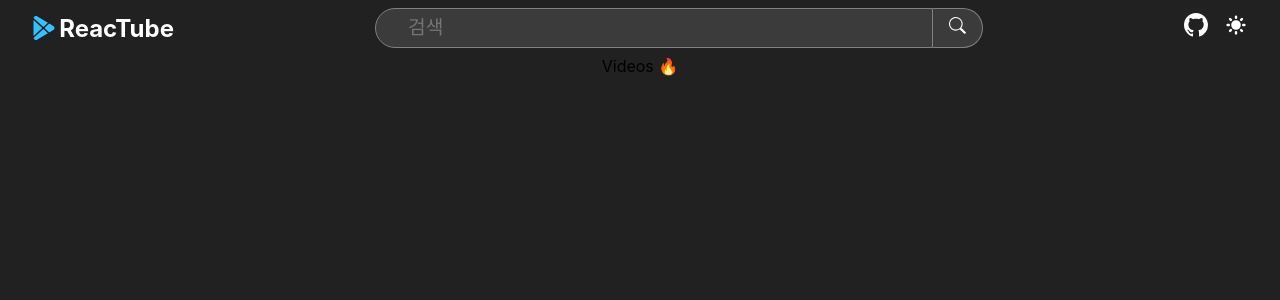
Repository: MrJinkyu/youtube
Page: /
An editor plug-in stored every save of this project. The page is shown before and after the next save, followed by the edit.
The browser window is 1280 px wide. The pictures show the whole page.
The project was rebuilt for these pictures with package versions that can differ from the ones it lists, and the page was loaded fresh each time. Also part of the build but not shown: src/pages/NotFound.jsx, src/pages/VideoDetail.jsx.

Above is the page before, as saved 2023-05-09 18:00:14.

### public/index.html
<!DOCTYPE html>
<html lang="en">
  <head>
    <meta charset="utf-8" />
    <link rel="icon" href="%PUBLIC_URL%/favicon.ico" />
    <meta name="viewport" content="width=device-width, initial-scale=1" />
    <meta name="theme-color" content="#000000" />
    <meta
      name="description"
      content="Web site created using create-react-app"
    />
    <link rel="apple-touch-icon" href="%PUBLIC_URL%/logo192.png" />
    <!--
      manifest.json provides metadata used when your web app is installed on a
      user's mobile device or desktop. See https://developers.google.com/web/fundamentals/web-app-manifest/
    -->
    <link rel="manifest" href="%PUBLIC_URL%/manifest.json" />
    <!--
      Notice the use of %PUBLIC_URL% in the tags above.
      It will be replaced with the URL of the `public` folder during the build.
      Only files inside the `public` folder can be referenced from the HTML.

      Unlike "/favicon.ico" or "favicon.ico", "%PUBLIC_URL%/favicon.ico" will
      work correctly both with client-side routing and a non-root public URL.
      Learn how to configure a non-root public URL by running `npm run build`.
    -->
    <title>ReacTube</title>
  </head>
  <body>
    <noscript>You need to enable JavaScript to run this app.</noscript>
    <div id="root"></div>
    <!--
      This HTML file is a template.
      If you open it directly in the browser, you will see an empty page.

      You can add webfonts, meta tags, or analytics to this file.
      The build step will place the bundled scripts into the <body> tag.

      To begin the development, run `npm start` or `yarn start`.
      To create a production bundle, use `npm run build` or `yarn build`.
    -->
  </body>
</html>

### src/index.js
import React from 'react';
import ReactDOM from 'react-dom/client';
import './index.css';
import App from './App';
import reportWebVitals from './reportWebVitals';
import {
  createBrowserRouter,
  RouterProvider,
} from "react-router-dom";
import NotFound from './pages/NotFound';
import Videos from './pages/Videos';
import VideoDetail from './pages/VideoDetail';

const router = createBrowserRouter([
  {
    path: "/",
    element: <App/>,
    errorElement: <NotFound/>,
    children: [
      { index: true, element: <Videos/> },
      { path: '/videos', element: <Videos/> },
      { path: '/videos/:keyword', element: <Videos/> },
      { path: '/videos/watch/:videoId', element: <VideoDetail/> }
    ]
  },
]);

const root = ReactDOM.createRoot(document.getElementById('root'));
root.render(
  <React.StrictMode>
    <RouterProvider router={router} />
  </React.StrictMode>
);

// If you want to start measuring performance in your app, pass a function
// to log results (for example: reportWebVitals(console.log))
// or send to an analytics endpoint. Learn more: https://bit.ly/CRA-vitals
reportWebVitals();

### src/index.css
*{
  box-sizing: border-box;
  padding: 0;
  margin: 0;
}

button{
  cursor: pointer;
  border: none;
  outline: none;
  background-color: transparent;
}

body {
  margin: 0;
  font-family: -apple-system, BlinkMacSystemFont, 'Segoe UI', 'Roboto', 'Oxygen',
    'Ubuntu', 'Cantarell', 'Fira Sans', 'Droid Sans', 'Helvetica Neue',
    sans-serif;
  -webkit-font-smoothing: antialiased;
  -moz-osx-font-smoothing: grayscale;
  background-color: #212121;
  width: 100%;
  height: 100%;
  text-align: center;
}

code {
  font-family: source-code-pro, Menlo, Monaco, Consolas, 'Courier New',
    monospace;
}

### src/App.js
import './App.css';
import SearchHeader from './components/SearchHeader';
import { Outlet } from 'react-router-dom';

function App() {
  return (
    <div className="App">
      <SearchHeader/>
      <Outlet/>
    </div>
  );
}

export default App;

### src/pages/Videos.jsx
import React from 'react';
import { useParams } from 'react-router-dom';

export default function Videos() {
    const { keyword } = useParams();
    return (
        <div>
            Videos {keyword ? `🔍${keyword}` : '🔥'}
        </div>
    );
}

### src/App.css
.App{
    width: 100%;
    height: 100%;
    max-width: 1536px;
    margin: 0 auto;
}

### src/components/SearchHeader.jsx
import React, { useEffect, useState } from 'react';
import { BsGooglePlay, BsSearch, BsGithub } from 'react-icons/bs';
import { HiSun } from 'react-icons/hi';
import { useNavigate, useParams, Link } from 'react-router-dom';
import styles from './SearchHeader.module.css';

export default function SearchHeader() {
    const { keyword } = useParams();
    const navigate = useNavigate();
    const [text, setText] = useState('');
    const handleChange = (e) => setText(e.target.value);
    const handleSubmit = (e) => {
        e.preventDefault();
        if(text.trim().length === 0){
            return ;
        }
        navigate(`/videos/${text}`);
        setText('');
    }
    useEffect(() => {
        setText(keyword || '');
    },[keyword]);
    return (
        <header className={styles.header}>
            <Link to='/' className={styles.logo}>
                <BsGooglePlay className={styles.icon}/>
                <h1 className={styles.title}>ReacTube</h1>
            </Link>
            <form onSubmit={handleSubmit} className={styles.form}>
                <input
                    className={styles.text}
                    type="text"
                    placeholder='검색'
                    value={text}
                    onChange={handleChange}
                />
                <button className={styles.searchBtn}><BsSearch/></button>
            </form>
            <div className={styles.btns}>
                <button className={styles.btn}>
                    <a className={styles.github} href='https://github.com/MrJinkyu?tab=repositories' target='blank'>
                        <BsGithub/>
                    </a>
                </button>
                <button className={styles.btn}>
                    <HiSun className={styles.mode}/>
                </button>
            </div>
        </header>
    );
}

### src/components/SearchHeader.module.css
header{
    padding: 0.5rem 2rem;
    width: 100%;
    display:  flex;
    justify-content: space-between;
    align-items: center;
}

.logo{
    text-decoration: none;
    display: flex;
    align-items: center;
}

.icon{
    color: #33c2ff;
    font-size: 1.5rem;
    margin-right: 0.2rem;
}

.title{
    color: white;
    font-size: 1.5rem;
}

.form{
    width: 50%;
    display: flex;
    justify-content: center;
    align-items: center;
}

.text{
    width: 100%;
    border: 1px solid grey;
    border-top-left-radius: 1.5rem;
    border-bottom-left-radius: 1.5rem;
    padding: 0.5rem 2rem;
    font-size: 1.2rem;
    color: white;
    outline: none;
    background-color: #3b3b3b;
}

.text:hover{
    border-color: #33c2ff;
}

.searchBtn{
    border: 1px solid grey;
    border-top-right-radius: 1.5rem;
    border-bottom-right-radius: 1.5rem;
    border-left: none;
    padding: 0.5rem 1rem;
    font-size: 1.05rem;
    color: white;
    outline: none;
    background-color: #3b3b3b;
}

.searchBtn:hover{
    filter: brightness(125%);
}

.btns{
    display: flex;
    align-items: center;
}

.btn{
    font-size: 1.5rem;
}

.github{
    color: white;
    text-decoration: none;
    margin-right: 1rem;
}

.mode{
    color: white;
}

Loaded but not shown: src/reportWebVitals.js (common file)

After the next save:
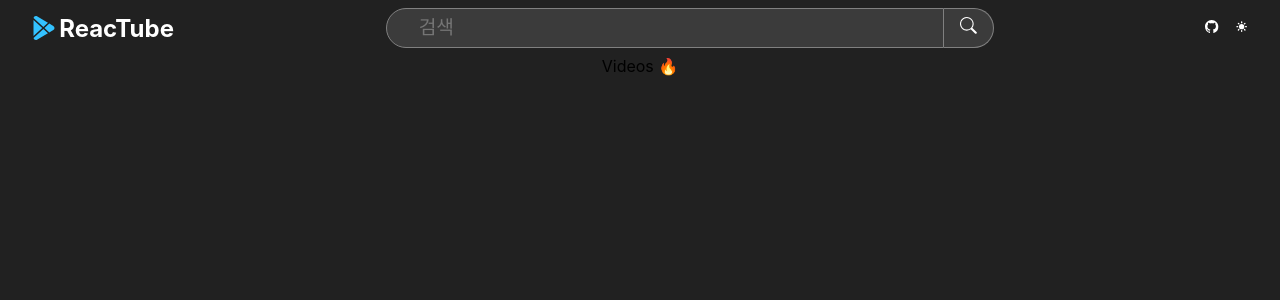
Saved 83 s later.
--- a/src/components/SearchHeader.jsx
+++ b/src/components/SearchHeader.jsx
@@ -37,12 +37,12 @@
                 <button className={styles.searchBtn}><BsSearch/></button>
             </form>
             <div className={styles.btns}>
-                <button className={styles.btn}>
+                <button className={styles.btn1}>
                     <a className={styles.github} href='https://github.com/MrJinkyu?tab=repositories' target='blank'>
                         <BsGithub/>
                     </a>
                 </button>
-                <button className={styles.btn}>
+                <button className={styles.btn2}>
                     <HiSun className={styles.mode}/>
                 </button>
             </div>
